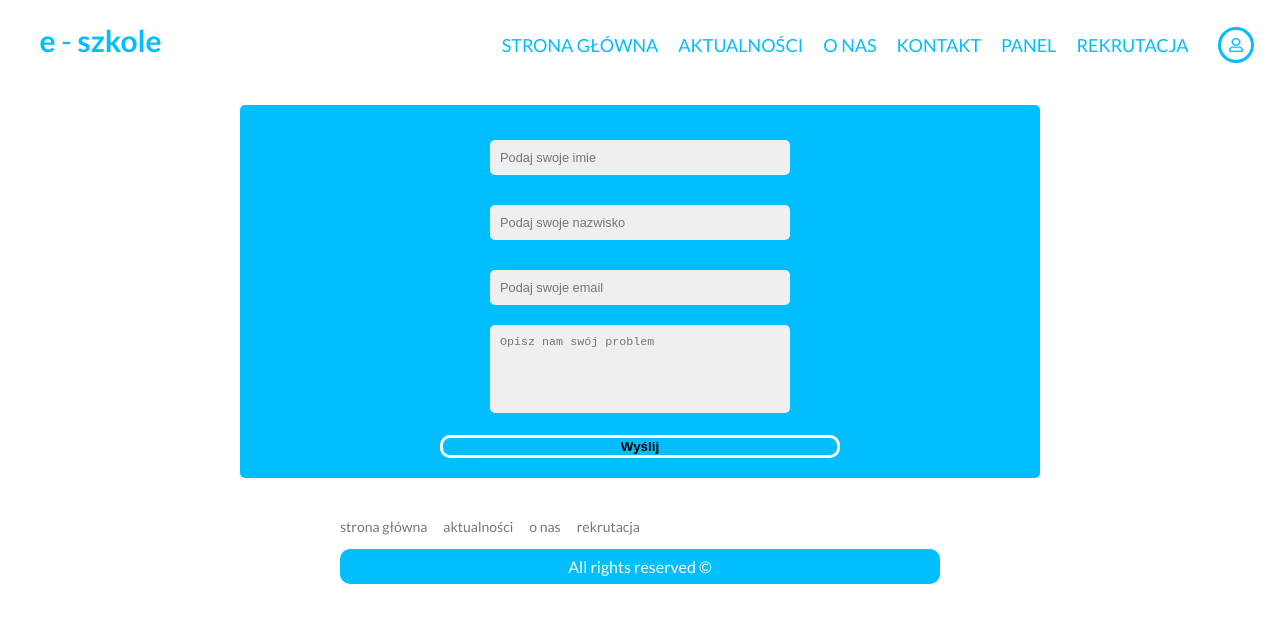
Repository: Votex874/e-szkole
Page: /kontakt (app in app/)
The author's editor kept a copy of each file at every save. The page is drawn from the files as they stood at one save, then again after the next save.
The browser window is 1280 px wide. The pictures show the whole page.
The project was rebuilt for these pictures with package versions that can differ from the ones it lists, and the page was loaded fresh each time. Also part of the build but not shown: app/src/components/News/Title/index.js, app/src/components/News/Content/index.js, app/src/components/News/Avatar/index.js, app/src/components/News/Footer/index.js, app/src/components/SectionTitle/index.js, app/src/components/News/index.js, app/src/components/AboutUs/Content/index.js, app/src/components/AboutUs/index.js and 21 more.

Above is the page before, as saved 2019-03-11 10:13:33.

After the next save:
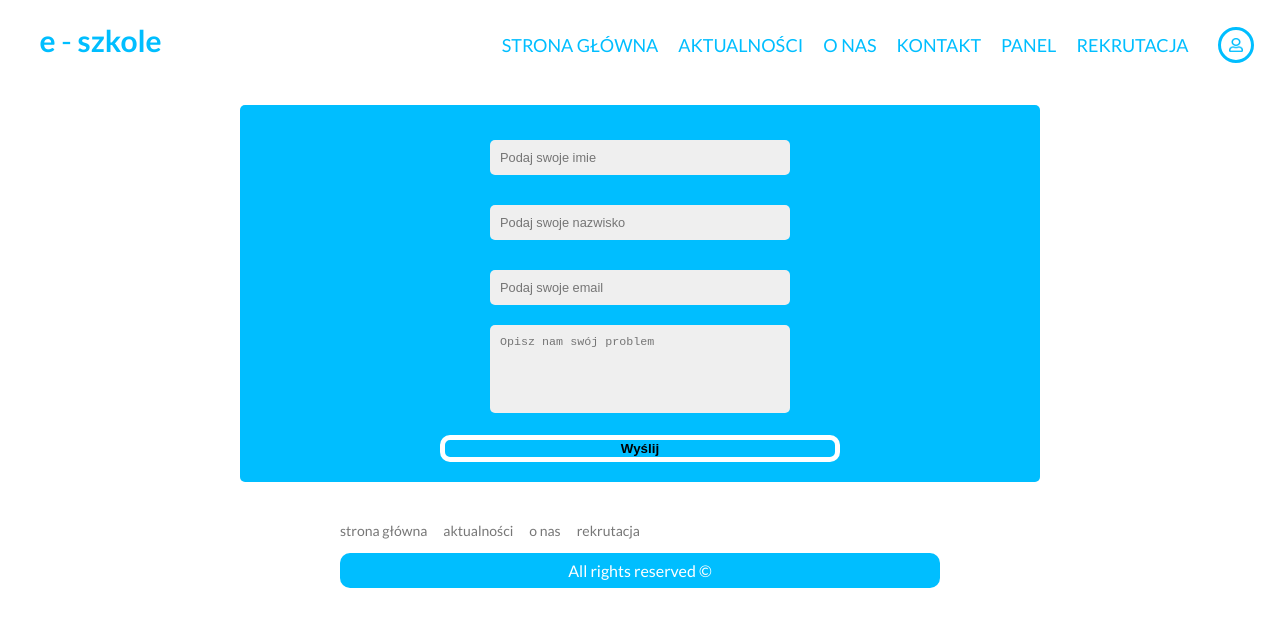
Saved 8 s later.
--- a/app/src/components/Form/index.js
+++ b/app/src/components/Form/index.js
@@ -24,7 +24,7 @@
   margin: 15px auto 0 auto;
   font-weight: bold;
   border-radius: 10px;
-  border: 3px solid #fff;
+  border: 5px solid #fff;
   background-color: ${lightBlue};
   @media (max-width: 767px){
     height: 40px;

After the save that followed:
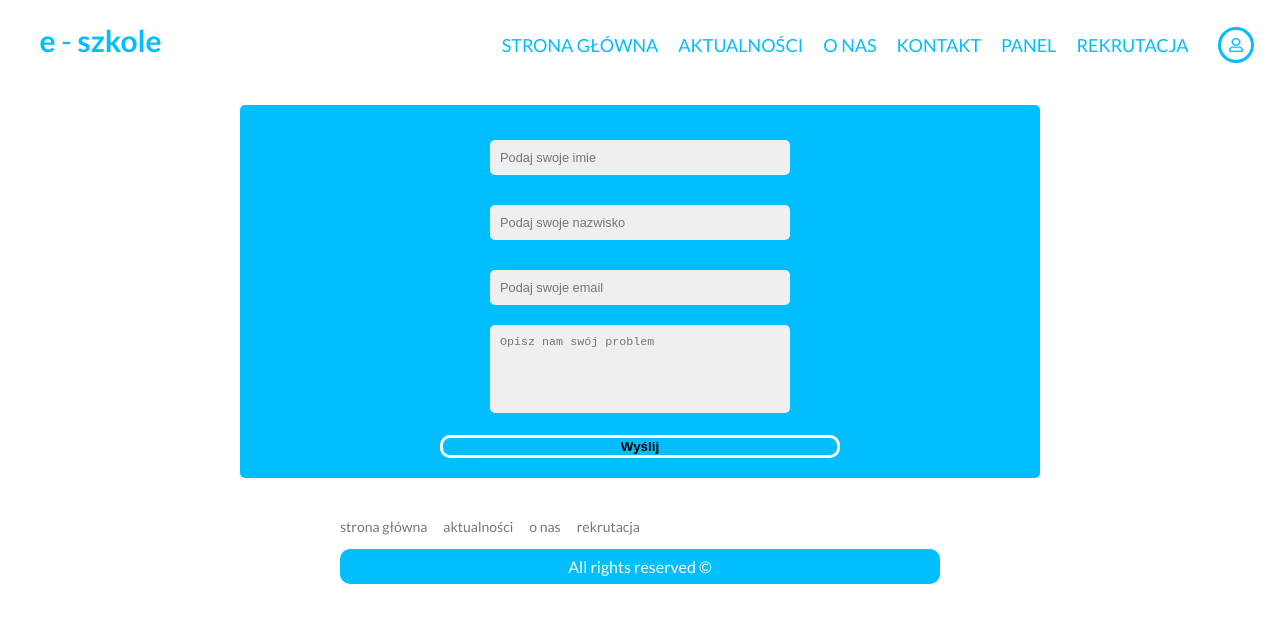
Saved 4 s later.
--- a/app/src/components/Form/index.js
+++ b/app/src/components/Form/index.js
@@ -24,7 +24,7 @@
   margin: 15px auto 0 auto;
   font-weight: bold;
   border-radius: 10px;
-  border: 5px solid #fff;
+  border: 3px solid #fff;
   background-color: ${lightBlue};
   @media (max-width: 767px){
     height: 40px;
